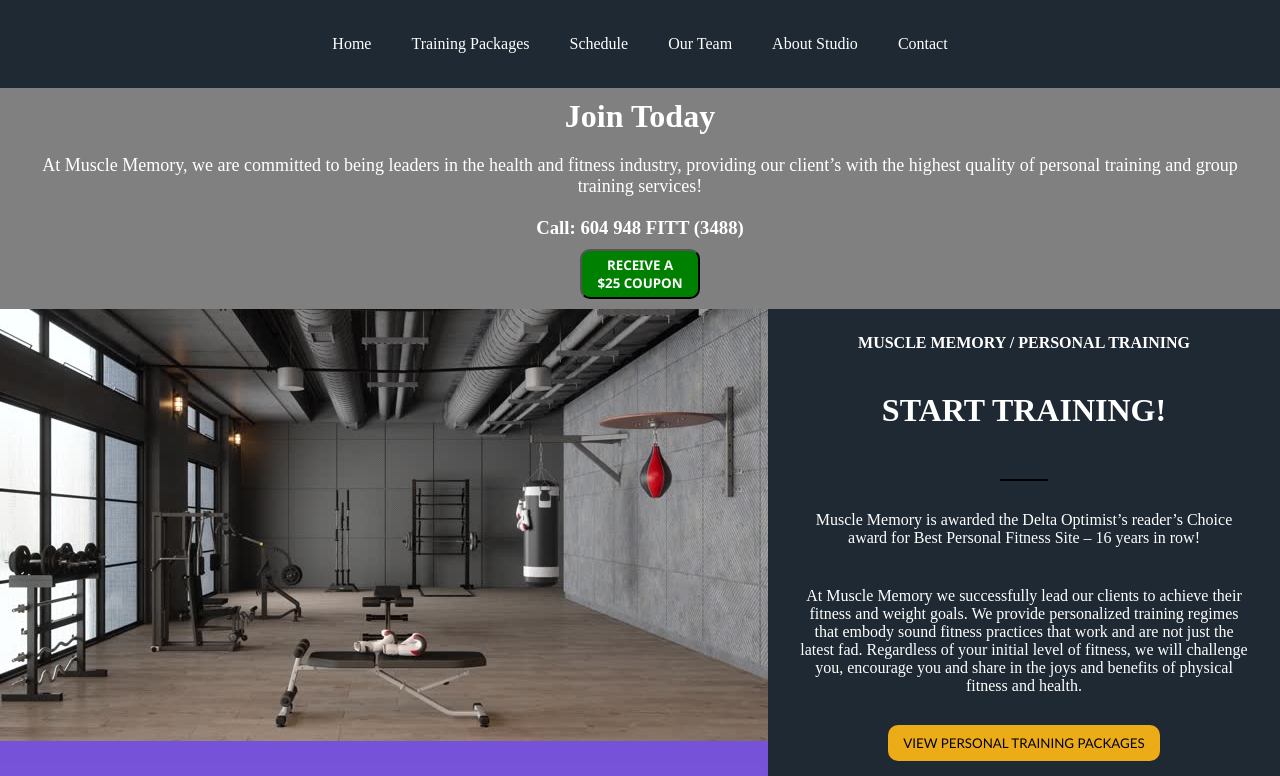
Repository: MujtabaHabib/muscle-memory-website
Page: index.html
The author's editor kept a copy of each file at every save. The page is drawn from the files as they stood at one save, then again after the next save.
The browser window is 1280 px wide. The pictures show the whole page.
The pointer rests on the first visible `.details button`.

Above is the page before, as saved 2026-01-27 05:15:51.

After the next save:
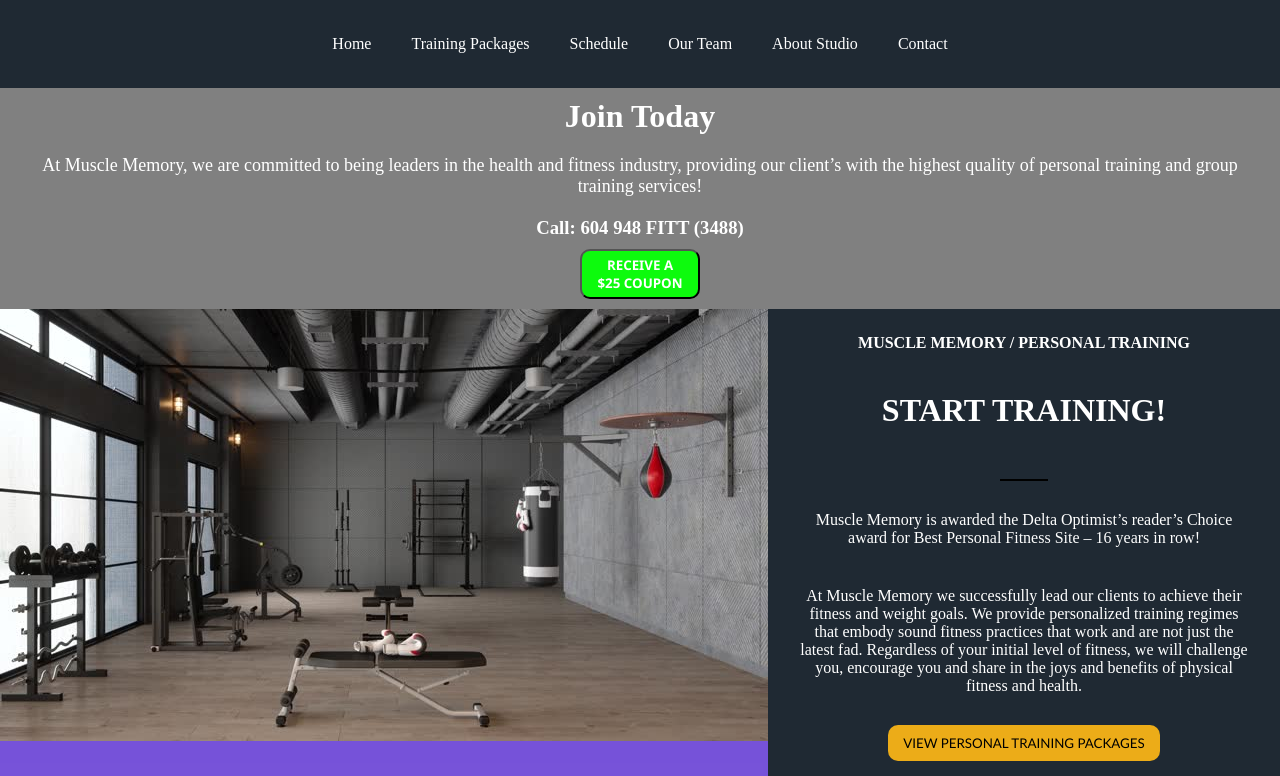
Saved 5 s later.
--- a/style.css
+++ b/style.css
@@ -55,7 +55,7 @@
     border-color: black;
 }
 .details button:hover{
-    background-color: green;
+    background-color: rgb(13, 251, 13);
     color:white;
 }
 hr {
